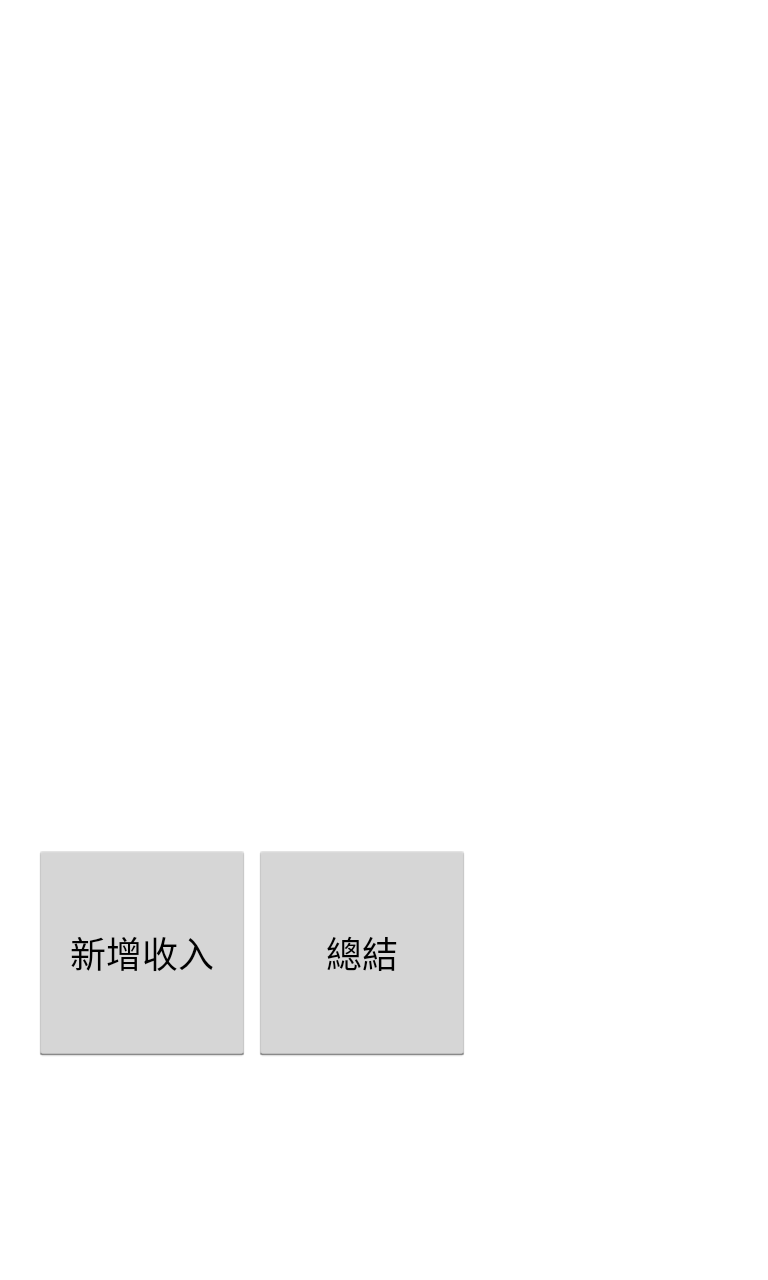
Repository: rayyrayy/Android-app-project
Layout: flashaccounting/easy money manager/res/layout/activity_main.xml
The author's editor kept a copy of each file at every save. The layout is drawn from the files as they stood at one save, then again after the next save.
It is drawn on a 768 x 1280 px phone screen (xhdpi) without system bars, with theme AppTheme; the app's code is not run.

Above is the layout before, as saved 2014-10-29 05:59:24.

### flashaccounting/easy money manager/res/layout/activity_main.xml
<RelativeLayout xmlns:android="http://schemas.android.com/apk/res/android"
    xmlns:tools="http://schemas.android.com/tools"
    android:layout_width="fill_parent"
    android:layout_height="fill_parent"
    android:paddingBottom="@dimen/activity_vertical_margin"
    android:paddingLeft="@dimen/activity_horizontal_margin"
    android:paddingRight="@dimen/activity_horizontal_margin"
    android:paddingTop="@dimen/activity_vertical_margin"
    tools:context="com.example.easymoneymanager.MainActivity" >

    <LinearLayout
    android:layout_width="fill_parent"
   	android:layout_height="fill_parent"
	android:orientation="vertical">

   <LinearLayout
    android:layout_width="fill_parent"
   	android:layout_height="fill_parent"
   	android:layout_weight="3"
   	android:orientation="horizontal">

   	    <LinearLayout
    	android:layout_width="wrap_content"
   		android:layout_height="fill_parent"
   		android:layout_weight="1"
   		android:orientation="horizontal">

    		<Button
        	android:id="@+id/AddClass"
        	android:layout_width="wrap_content"
        	android:layout_height="wrap_content"
        	android:text="新增類別" />

		</LinearLayout>

   		<LinearLayout
       	android:layout_width="wrap_content"
   		android:layout_height="fill_parent"
   		android:layout_weight="1"
   		android:orientation="horizontal">

   		    <Button
        	android:id="@+id/button1"
        	android:layout_width="wrap_content"
        	android:layout_height="wrap_content"
        	android:onClick="querytable"
        	android:text="查詢類別" />

    	</LinearLayout>

   		<LinearLayout
       	android:layout_width="wrap_content"
   		android:layout_height="fill_parent"
   		android:layout_weight="1"
   		android:orientation="horizontal">

    		<Button
        	android:id="@+id/DelClass"
        	android:layout_width="wrap_content"
        	android:layout_height="wrap_content"
        	android:onClick="DelClass"
        	android:text="刪除類別" />

  	  	</LinearLayout>

	</LinearLayout>

   	<LinearLayout
    android:layout_width="fill_parent"
    android:layout_height="fill_parent"
   	android:layout_weight="1"
   	android:orientation="horizontal">

	    <GridLayout
  	      android:id="@+id/gridLayout1"
	      android:layout_width="wrap_content"
 	      android:layout_height="wrap_content"
 	      android:columnCount="3"
  	      android:orientation="horizontal"
  	      android:rowCount="3" >
 	   </GridLayout>

    </LinearLayout>


   	<LinearLayout
    android:layout_width="fill_parent"
    android:layout_height="fill_parent"
   	android:layout_weight="2"
   	android:orientation="horizontal">

  		<Button
        android:id="@+id/button3"
        android:layout_width="110dp"
        android:layout_height="110dp"
        android:text="新增收入" />

  		<Button
        android:id="@+id/button4"
        android:layout_width="110dp"
        android:layout_height="110dp"
        android:text="總結" />

    </LinearLayout>

   	</LinearLayout>
</RelativeLayout>

Loaded but not shown: flashaccounting/easy money manager/res/values/styles.xml (common file); flashaccounting/easy money manager/res/values-v11/styles.xml (common file); flashaccounting/easy money manager/res/values-v14/styles.xml (common file); flashaccounting/easy money manager/res/values/dimens.xml (common file); flashaccounting/easy money manager/res/values-w820dp/dimens.xml (common file)

After the next save:
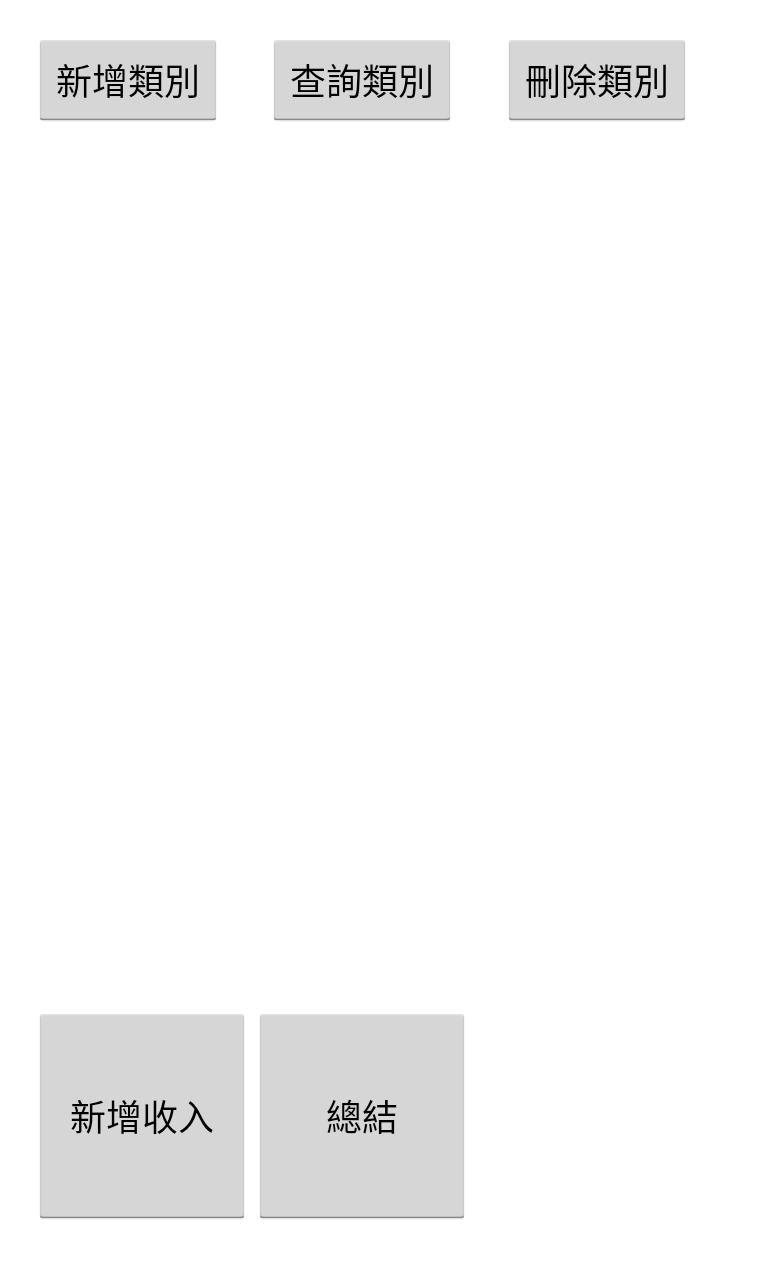
Saved 101 s later.
--- a/flashaccounting/easy money manager/res/layout/activity_main.xml
+++ b/flashaccounting/easy money manager/res/layout/activity_main.xml
@@ -16,7 +16,7 @@
    <LinearLayout
     android:layout_width="fill_parent"
    	android:layout_height="fill_parent"
-   	android:layout_weight="3"
+   	android:layout_weight="2"
    	android:orientation="horizontal">
 
    	    <LinearLayout
